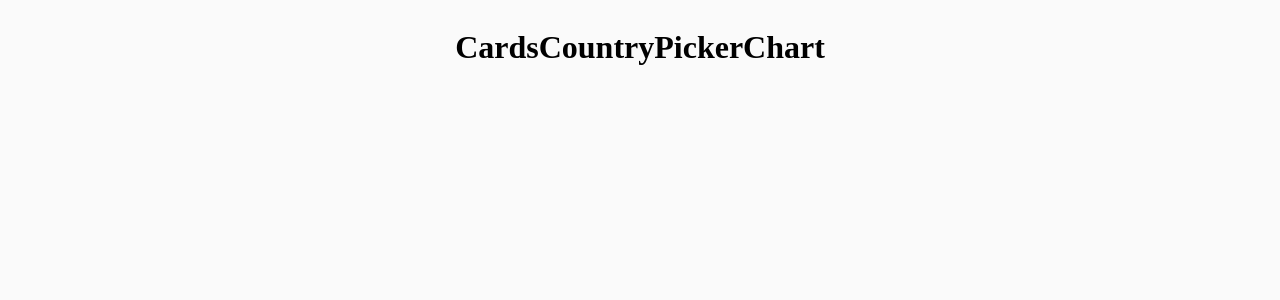
Repository: Khilanmakwana/COVID-19-Tracker-Application-ReactJS
Page: /
The author's editor kept a copy of each file at every save. The page is drawn from the files as they stood at one save, then again after the next save.
The browser window is 1280 px wide. The pictures show the whole page.
The page's requests for data from a server got no answer. The project was rebuilt for these pictures with package versions that can differ from the ones it lists, and the page was loaded fresh each time. No one was signed in, and anything a server would have sent is missing. Also part of the build but not shown: src/components/Cards/Cards.module.css.

Above is the page before, as saved 2020-04-30 14:03:09.

### src/App.js
import React, { Component } from "react";
import { Cards, Chart, CountryPicker } from "./components";
import styles from "./App.module.css";
import { fetchData } from "./api/index";

class App extends React.Component {
  state = {
    data: {},
  };

  async componentDidMount() {
    const fetchedData = await fetchData();

    this.setState({ data: fetchedData });
  }

  render() {
      const {data} = this.state;
    return (
      <div className={styles.container}>
        <Cards data = {data}/>
        <CountryPicker />
        <Chart />
      </div>
    );
  }
}

export default App;

### src/components/index.js
export { default as  Cards} from './Cards/Cards';
export { default as  Chart} from './Chart/Chart';
export { default as  CountryPicker} from './CountryPicker/CountryPicker';

### src/api/index.js
import axios from "axios";

const url = "https://covid19.mathdro.id/api";

export const fetchData = async () => {
  try {
    const {
      data: { confirmed, recovered, deaths, lastUpdate },
    } = await axios.get(url);

    return { confirmed, recovered, deaths, lastUpdate };
  } catch (error) {}
};

### src/components/Cards/Cards.jsx
import React from 'react';

const Cards =(props) => {
    console.log(props);
    return(
        <h1>Cards</h1>
    )
}

export default Cards;

### src/components/Chart/Chart.jsx
import React from 'react';

const Chart =() => {
    return(
        <h1>Chart</h1>
    )
}

export default Chart;

### src/components/CountryPicker/CountryPicker.jsx
import React from 'react';

const CountryPicker =() => {
    return(
        <h1>CountryPicker</h1>
    )
}

export default CountryPicker;

Loaded but not shown: public/index.html (common file); src/index.js (common file); src/App.module.css (common file)

After the next save:
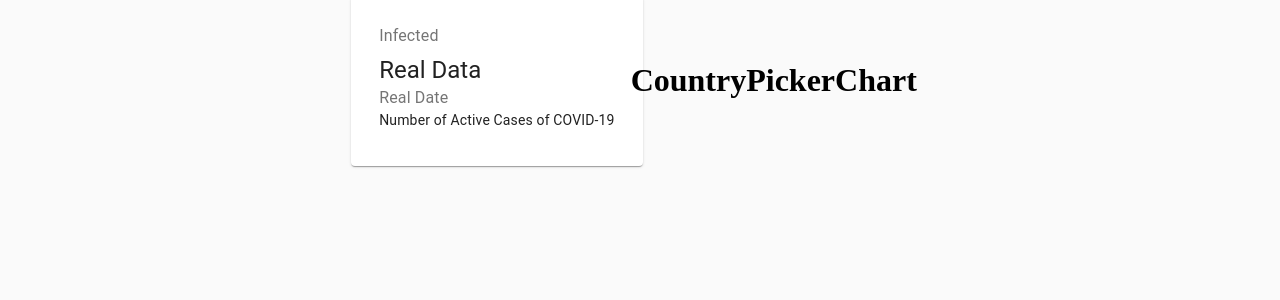
Saved 25 min 19 s later.
--- a/src/components/Cards/Cards.jsx
+++ b/src/components/Cards/Cards.jsx
@@ -1,10 +1,27 @@
-import React from 'react';
+import React from "react";
+import { Card, CardContent, Typography, Grid } from "@material-ui/core";
+import styles from "./Cards.module.css";
 
-const Cards =(props) => {
-    console.log(props);
-    return(
-        <h1>Cards</h1>
-    )
-}
+const Cards = (props) => {
+  console.log(props);
+  return (
+    <div className={styles.container}>
+      <Grid container spacing={3} justify="center">
+        <Grid item component={Card}>
+          <CardContent>
+            <Typography color="textSecondary" gutterBottom>
+              Infected
+            </Typography>
+            <Typography variant="h5">Real Data</Typography>
+            <Typography color="textSecondary">Real Date</Typography>
+            <Typography variant="body2">
+              Number of Active Cases of COVID-19
+            </Typography>
+          </CardContent>
+        </Grid>
+      </Grid>
+    </div>
+  );
+};
 
 export default Cards;
